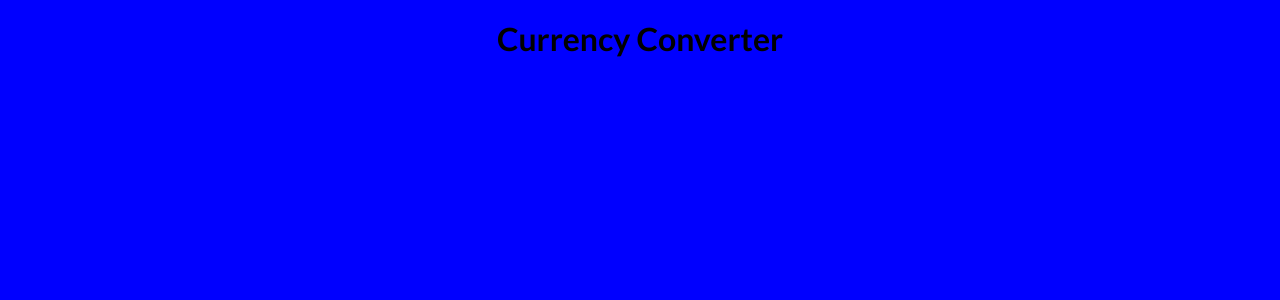
Repository: kkasperczyk/currency-converter
Page: index.html
These files come from the project's save history. The page is drawn as it stood at one moment and after the next save; the edit follows.
The browser window is 1280 px wide. The pictures show the whole page.

Above is the page before, as saved 2020-06-15 21:55:19.

### index.html
<!DOCTYPE html>
<html lang="en">

<head>
    <meta charset="UTF-8">
    <meta name="viewport" content="width=device-width, initial-scale=1.0">
    <link rel="stylesheet" href="https://cdnjs.cloudflare.com/ajax/libs/normalize/8.0.1/normalize.min.css"
        integrity="sha256-l85OmPOjvil/SOvVt3HnSSjzF1TUMyT9eV0c2BzEGzU=" crossorigin="anonymous" />
    <link rel="stylesheet" href="css/global.css">
    <link rel="stylesheet" href="css/container.css">
    <link rel="stylesheet" href="css/header.css">
    <script defer src="js/script.js"></script>
    <link href="https://fonts.googleapis.com/css2?family=Lato:ital,wght@0,400;0,700;1,400&display=swap" rel="stylesheet">
    <title>Currency Converter</title>
</head>

<body>
    <div class="container">
        <header class="header">
            <h1 class="header__title">Currency Converter</h1>
        </header>
    </div>
</body>

</html>

### css/global.css
html {
  box-sizing: border-box;
}

*,
::after,
::before {
  box-sizing: inherit;
}

body {
  font-family: "Lato", sans-serif;
  background-color: blue;
}

### css/container.css
.container {
    max-width: 600px;
    margin: 0 auto;
    background-color: #white;
}

### css/header.css
.header {
    text-align: center;
}

### js/script.js
console.log("Hi all developers! Nice to see you here.");

After the next save:
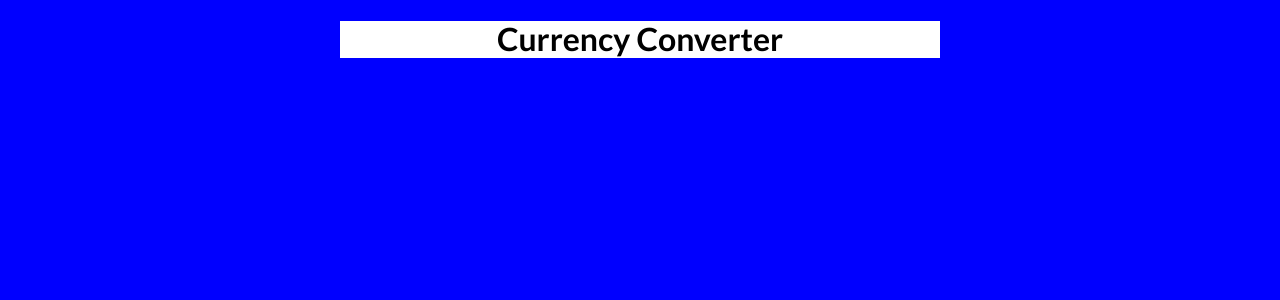
Saved 4 s later.
--- a/css/container.css
+++ b/css/container.css
@@ -1,5 +1,5 @@
 .container {
     max-width: 600px;
     margin: 0 auto;
-    background-color: #white;
+    background-color: white;
 }
